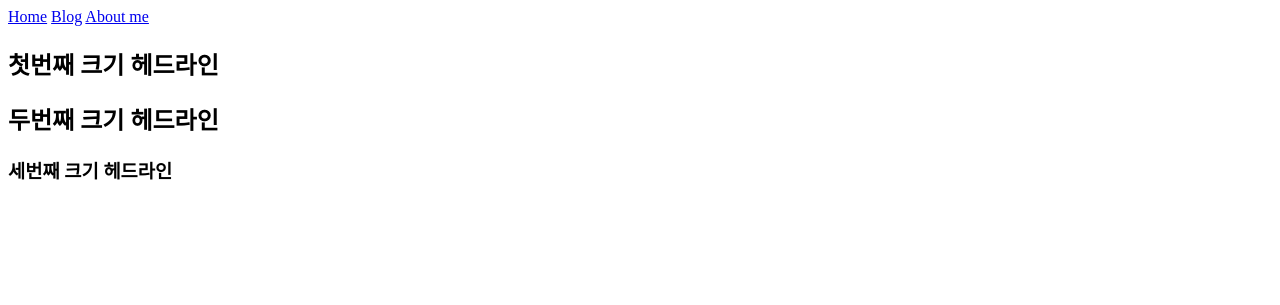
Repository: lwygold/do_it_ft
Page: index.html
The author's editor kept a copy of each file at every save. The page is drawn from the files as they stood at one save, then again after the next save.
The browser window is 1280 px wide. The pictures show the whole page.

Above is the page before, as saved 2021-08-10 17:16:37.

After the next save:
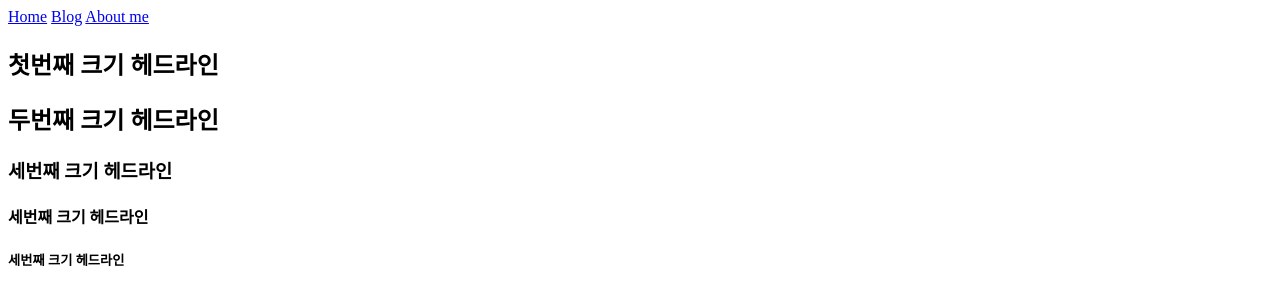
Saved 8 s later.
--- a/index.html
+++ b/index.html
@@ -15,6 +15,8 @@
         <h1>첫번째 크기 헤드라인</h1>
         <h2>두번째 크기 헤드라인</h2>
         <h3>세번째 크기 헤드라인</h3>
+        <h4>세번째 크기 헤드라인</h4>
+        <h5>세번째 크기 헤드라인</h5>
     </nav>
 </body>
 </html>
